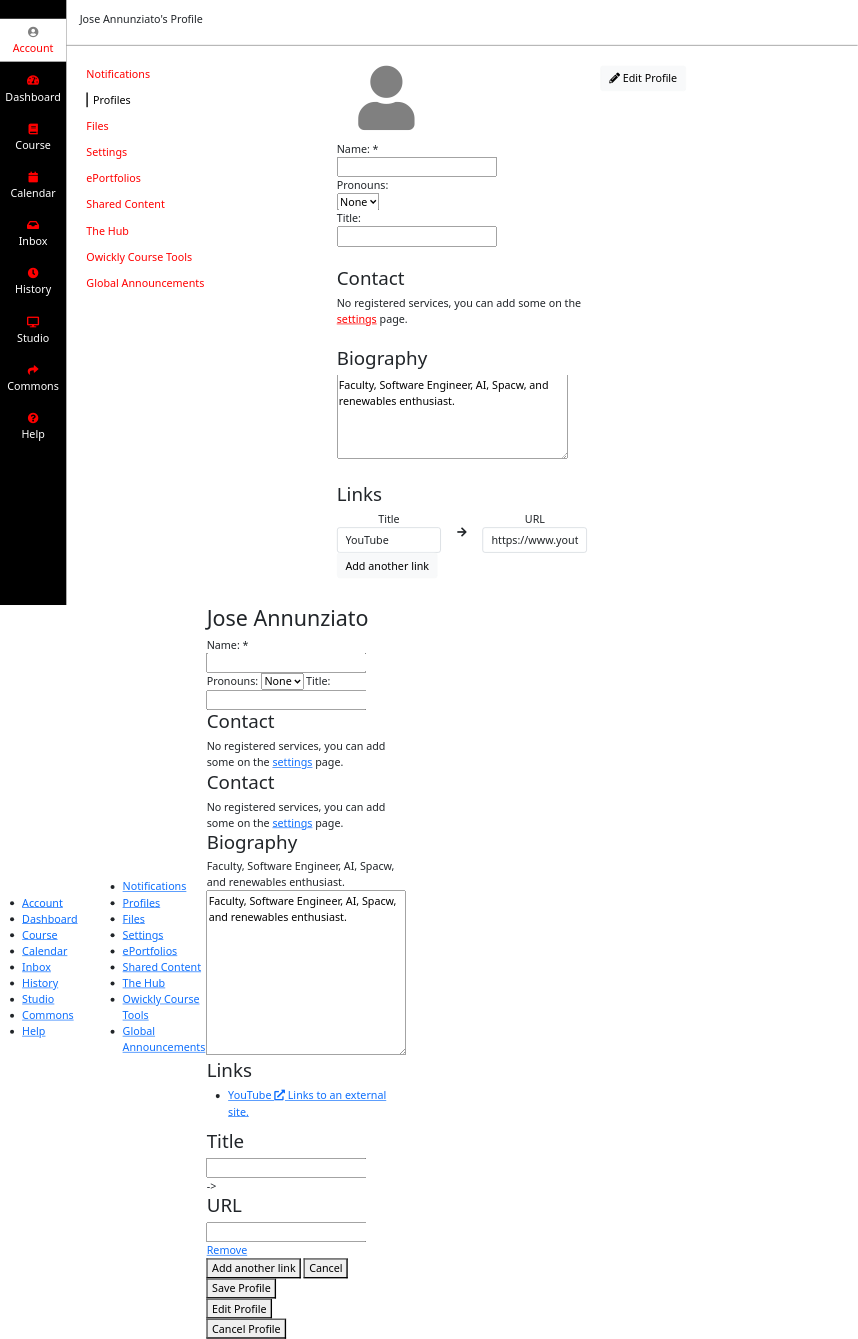
Repository: yuqiant/kanbas-react-web-app
Page: public/kanbas/profile/edit.html
These files come from the project's save history. The page is drawn as it stood at one moment and after the next save; the edit follows.
The browser window is 1280 px wide. The pictures show the whole page, at 67% of full size.

Above is the page before, as saved 2023-10-04 16:25:53.

### public/kanbas/profile/edit.html
<!DOCTYPE html>
<html lang="en">

<head>
    <meta charset="UTF-8">
    <meta name="viewport" content="width=device-width, initial-scale=1.0">
    <title>Column Interaction</title>
    <link rel="stylesheet" href="../../vendors/fontawesome/css/all.min.css">
    <link rel="stylesheet" href="../../vendors/bootstrap/css/bootstrap.min.css" />
    <link href="../account/account.css" rel="stylesheet" />
    <link href="index.css" rel="stylesheet" />
</head>


<body>
    <div class="flex-container">
        <div class="left-column">

            <ul>
                <li class="active"><i class="fa fa-user-circle fa-inverse" style="color: grey;"></i><a
                        href="../account/account.html" style="color: red;">Account</a> </li>
                <li><i class="fas fa-tachometer-alt" style="color: red;"></i><a href="#">Dashboard</a></li>
                <li><i class="fas fa-book" style="color: red;"></i><a href="../coursecol.html">Course</a></li>
                <li><i class="fas fa-calendar" style="color: red;""></i><a href=" #">Calendar</a></li>
                <li><i class="fas fa-inbox" style="color: red;"></i><a href="#">Inbox</a></li>
                <li><i class="fas fa-clock" style="color: red;"></i><a href="#">History</a></li>
                <li><i class="fas fa-desktop" style="color: red;"></i><a href="#">Studio</a></li>
                <li><i class="fas fa-share" style="color: red;"></i><a href="#">Commons</a></li>
                <li><i class="fas fa-question-circle" style="color: red;"></i><a href="#">Help</a></li>
            </ul>



        </div>
        <div class="right-column">

            <div class="right-top">
                <h6>Jose Annunziato's Profile</h6>


            </div>
            <div class="right-bottom">

                <div class="right-bottom-item">
                    <div class="right-bottom-item1">


                        <ul>
                            <li><a href="#">Notifications</a></li>
                            <li class="active"><a href="../profile/index.html">Profiles</a></li>
                            <li><a href="#">Files</a></li>
                            <li><a href="#">Settings</a></li>
                            <li><a href="#">ePortfolios</a></li>
                            <li><a href="#">Shared Content</a></li>
                            <li><a href="#">The Hub</a></li>
                            <li><a href="#">Owickly Course Tools</a></li>
                            <li><a href="#">Global Announcements</a></li>

                        </ul>
                    </div>
                </div>
                <div class="right-bottom-item">
                    <div class="right-bottom-item2">

                        <div class="part">
                            <ul><i class="fa fa-user fa-6x" aria-hidden="true" style="color: grey;"></i></ul>
                            <form id="text-fields">

                                <label for="text-fields-name">Name: *</label><br />
                                <input type="text" id="text-fields-name" /><br />

                                <label for="text-fields-pronouns">Pronouns:</label><br />
                                <select id="select-one-genre">
                                    <option value="none">None</option>
                                </select><br />

                                <label for="text-fields-title">Title:</label><br />
                                <input type="text" id="text-fields-title" /><br />

                            </form>
                        </div>



                        <div class="part">
                            <h3>Contact</h3>
                            <div>No registered services, you can add some on the <a href="#"
                                    style="color: red;">settings</a> page.</div>
                        </div>

                        <div class="part">
                            <h3>Biography</h3>
                            <form id="textarea">
                                <textarea cols="35"
                                    rows="5">Faculty, Software Engineer, AI, Spacw, and renewables enthusiast.</textarea>
                            </form>
                        </div>

                        <div class="part">
                            <h3>Links</h3>
                            <div class="row align-items-center">
                                <!-- 第一列：标题 -->
                                <div class="col text-center">
                                    <label for="link-title" class="d-block">Title</label>
                                    <input type="text" id="link-url" class="form-control mx-auto" value="YouTube" />
                                </div>
                                <!-- 箭头图标 -->
                                <div class="col-auto">
                                    <i class="fas fa-arrow-right"></i>
                                </div>
                                <!-- 第二列：URL -->
                                <div class="col text-center">
                                    <label for="link-url" class="d-block">URL</label>
                                    <input type="text" id="link-url" class="form-control mx-auto"
                                        value="https://www.youtube.com/watch?v=iBcpIPPXja8" />
                                </div>
                            </div>
                            <button class="btn btn-light">Add another link</button>

                        </div>
                    </div>


                </div>
                <div class="right-bottom-item">
                    <form action="edit.html" method="get">
                        <button class="btn btn-light"><i class="fas fa-pencil-alt"></i> Edit Profile</button>

                    </form>



                </div>
            </div>
        </div>
    </div>
</body>


<body>
    <table>
        <tr>
            <td id="firstColumn" style="width: 150px;">
                <ul>
                    <li><a href="../accountcol.html">Account</a></li>
                    <li><a href="#">Dashboard</a></li>
                    <li><a href="../coursecol.html">Course</a></li>
                    <li><a href="#">Calendar</a></li>
                    <li><a href="#">Inbox</a></li>
                    <li><a href="#">History</a></li>
                    <li><a href="#">Studio</a></li>
                    <li><a href="#">Commons</a></li>
                    <li><a href="#">Help</a></li>
                </ul>
            </td>
            <td id="secondColumn" style="width: 150px;">
                <ul>
                    <li><a href="#">Notifications</a></li>
                    <li><a href="index.html">Profiles</a></li>
                    <li><a href="#">Files</a></li>
                    <li><a href="#">Settings</a></li>
                    <li><a href="#">ePortfolios</a></li>
                    <li><a href="#">Shared Content</a></li>
                    <li><a href="#">The Hub</a></li>
                    <li><a href="#">Owickly Course Tools</a></li>
                    <li><a href="#">Global Announcements</a></li>

                </ul>
            </td>
            <td id="thirdColumn" style="width: 250px;">
                <h2>Jose Annunziato</h2>

                <form id="text-fields">

                    <label for="text-fields-name">Name: *</label>
                    <input type="text" id="text-fields-name" /><br />
                    <label for="text-fields-pronouns">Pronouns:</label>
                    <select id="select-one-genre">
                        <option value="none">None</option>
                    </select>

                    <label for="text-fields-title">Title:</label>
                    <input type="text" id="text-fields-title" /><br />

                </form>

                <h3>Contact</h3>
                <div>No registered services, you can add some on the <a href="#">settings</a> page.</div>

                <h3>Contact</h3>
                <div>No registered services, you can add some on the <a href="#">settings</a> page.</div>

                <h3>Biography</h3>

                <form id="textarea">
                    <label>Faculty, Software Engineer, AI, Spacw, and renewables enthusiast.</label><br />
                    <textarea cols="30"
                        rows="10">Faculty, Software Engineer, AI, Spacw, and renewables enthusiast.</textarea>
                </form>

                <h3>Links</h3>
                <ul>
                    <li>
                        <link rel="stylesheet"
                            href="https://cdnjs.cloudflare.com/ajax/libs/font-awesome/5.15.3/css/all.min.css">
                        <a href="https://www.youtube.com" target="_blank">
                            YouTube <i class="fas fa-external-link-alt"></i> Links to an external site.
                        </a>


                    </li>
                </ul>

                <form id="text-fields">
                    <h3>Title</h3>
                    <input type="text" id="text-fields-name" /><br />

                    <div>-></div>

                    <h3>URL</h3>
                    <input type="text" id="text-fields-name" /><br />
                    <a href="#">Remove</a>

                </form>
                <button type="button">Add another link</button>
                <button type="button">Cancel</button>

                <form action="index.html" method="get">
                    <button type="save">Save Profile</button>
                </form>

                <button type="button">Edit Profile</button>

                <form action="index.html" method="get">
                    <button type="cancel">Cancel Profile</button>
                </form>

        </tr>
    </table>

</body>

</html>

### public/kanbas/account/account.css
.flex-container {
    display: flex;
    height: 100%;
}

/* 左边列 */
.left-column {
    /* flex: 1; */
    /* 占据可用空间的一部分 */
    /* padding: 20px; */
    width: 0 0 80px;
    /* Adjust sidebar width as needed (between 75 and 85 pixels) */
    background-color: black;
    color: white;
    text-align: center;
    padding-top: 20px;
}

.left-column ul {
    list-style-type: none;
    padding: 0;
}

.left-column li {
    margin: 8px 0;
    /* Adjust margin between links as needed (between 5 and 10 pixels) */
    padding: 8px;
    /* Adjust padding around links as needed (between 5 and 10 pixels) */
}

.left-column li.active {
    color: red;
    background-color: white;


}



.left-column a {
    color: white;
    text-decoration: none;
    display: block;
}

.right-column {

    flex: 2;
    /* 占据可用空间的两部分 */
    display: flex;
    flex-direction: column;
    /* 垂直方向排列 */
}

/* 右上部分 */
.right-top {
    padding: 20px;
}

/* 右下部分分为三竖着的部分 */
.right-bottom {
    display: flex;
    flex-direction: row;
    /* 垂直方向排列 */
    flex: 1;
    /* 均分可用空间 */
}

/* 每个竖着的部分 */
.right-bottom-item {
    flex: 1;
    /* 均分可用空间 */
    padding: 10px;
}

.right-bottom-item1 {
    width: 200px;

    /* padding: 10px; */
    border-left: 25px
}

.right-bottom-item1 a {
    color: red;
    text-decoration: none;

}


.right-bottom-item1 ul {
    list-style: none;
    padding: 0;
}

.right-bottom-item1 li {
    margin-bottom: 15px;
    padding-left: 20px;
}

.right-bottom-item1 li.active a {
    color: black;
    padding-left: 8px;

    /* padding-right: 10px; */

    border-left: 2px solid black;
}

### public/kanbas/profile/index.css
.flex-container {
    display: flex;
    height: 100%;
}

/* 左边列 */
.left-column {
    /* flex: 1; */
    /* 占据可用空间的一部分 */
    /* padding: 20px; */
    width: 0 0 80px;
    /* Adjust sidebar width as needed (between 75 and 85 pixels) */
    background-color: black;
    color: white;
    text-align: center;
    padding-top: 20px;
}

.left-column ul {
    list-style-type: none;
    padding: 0;
}

.left-column li {
    margin: 8px 0;
    /* Adjust margin between links as needed (between 5 and 10 pixels) */
    padding: 8px;
    /* Adjust padding around links as needed (between 5 and 10 pixels) */
}

.left-column li.active {
    color: red;
    background-color: white;


}



.left-column a {
    color: white;
    text-decoration: none;
    display: block;
}

.right-column {

    flex: 2;
    /* 占据可用空间的两部分 */
    display: flex;
    flex-direction: column;
    /* 垂直方向排列 */
}

/* 右上部分 */
.right-top {
    /* padding: 20px; */
    border-bottom: 1.5px solid grey;
    border-left: 25px
}

/* 右下部分分为三竖着的部分 */
.right-bottom {
    display: flex;
    flex-direction: row;
    /* 垂直方向排列 */
    flex: 1;
    margin-top: 20px;
    /* 均分可用空间 */
}

/* 每个竖着的部分 */
.right-bottom-item {
    flex: 1;
    /* 均分可用空间 */
    padding: 10px;
}

.right-bottom-item1 {
    width: 200px;

    /* padding: 10px; */
    border-left: 25px
}

.right-bottom-item1 a {
    color: red;
    text-decoration: none;

}


.right-bottom-item1 ul {
    list-style: none;
    padding: 0;
}

.right-bottom-item1 li {
    margin-bottom: 15px;
    padding-left: 20px;
}

.right-bottom-item1 li.active a {
    color: black;
    padding-left: 8px;

    /* padding-right: 10px; */

    border-left: 2px solid black;
}

.part {
    /* 添加下边距来分隔各个 <h3> 元素 */
    margin-bottom: 30px;
}

Loaded but not shown: public/vendors/fontawesome/css/all.min.css (library); public/vendors/bootstrap/css/bootstrap.min.css (library)

After the next save:
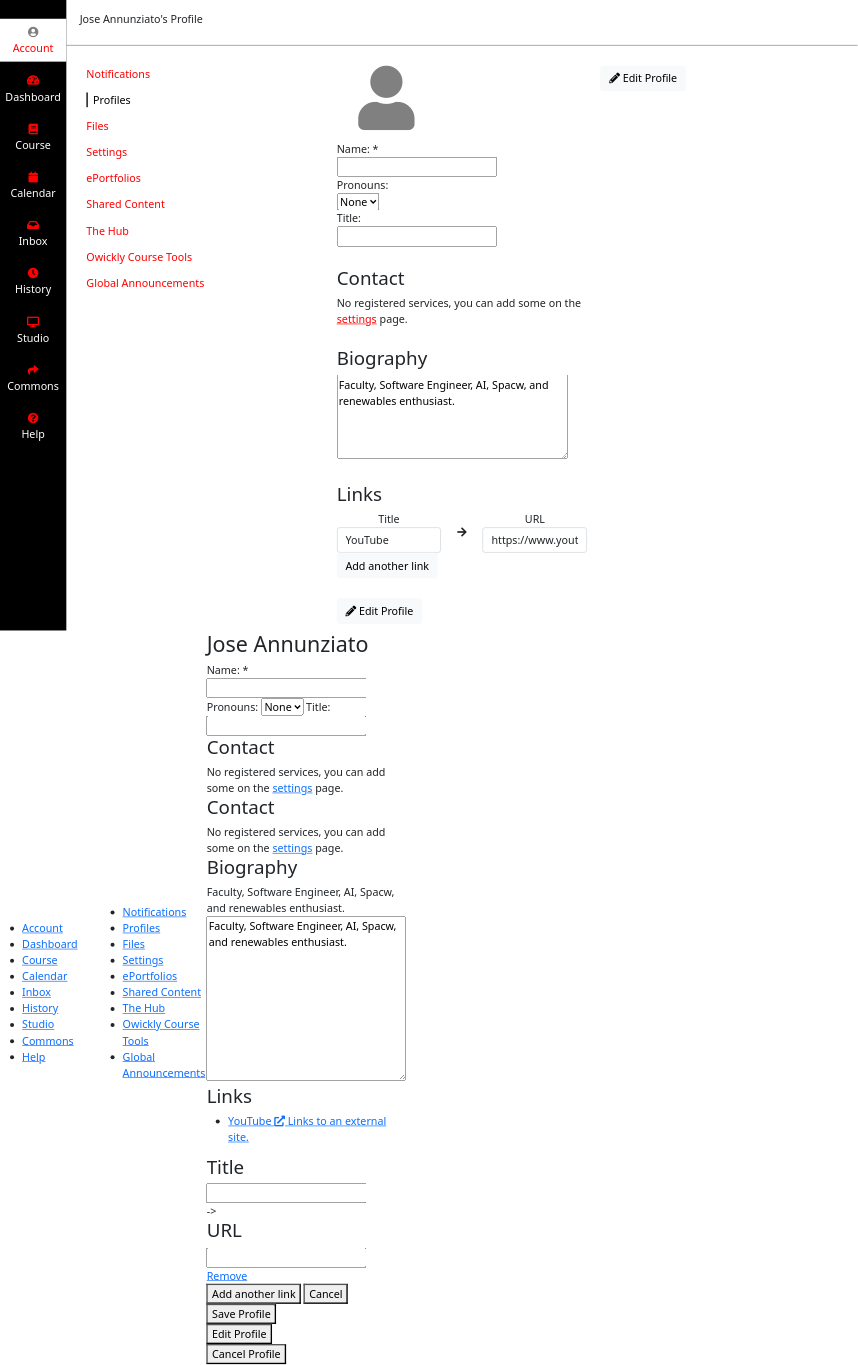
Saved 41 s later.
--- a/public/kanbas/profile/edit.html
+++ b/public/kanbas/profile/edit.html
@@ -118,6 +118,11 @@
                             <button class="btn btn-light">Add another link</button>
 
                         </div>
+                        <form action="edit.html" method="get">
+                            <button class="btn btn-light"><i class="fas fa-pencil-alt"></i> Edit Profile</button>
+
+                        </form>
+
                     </div>
 
 
